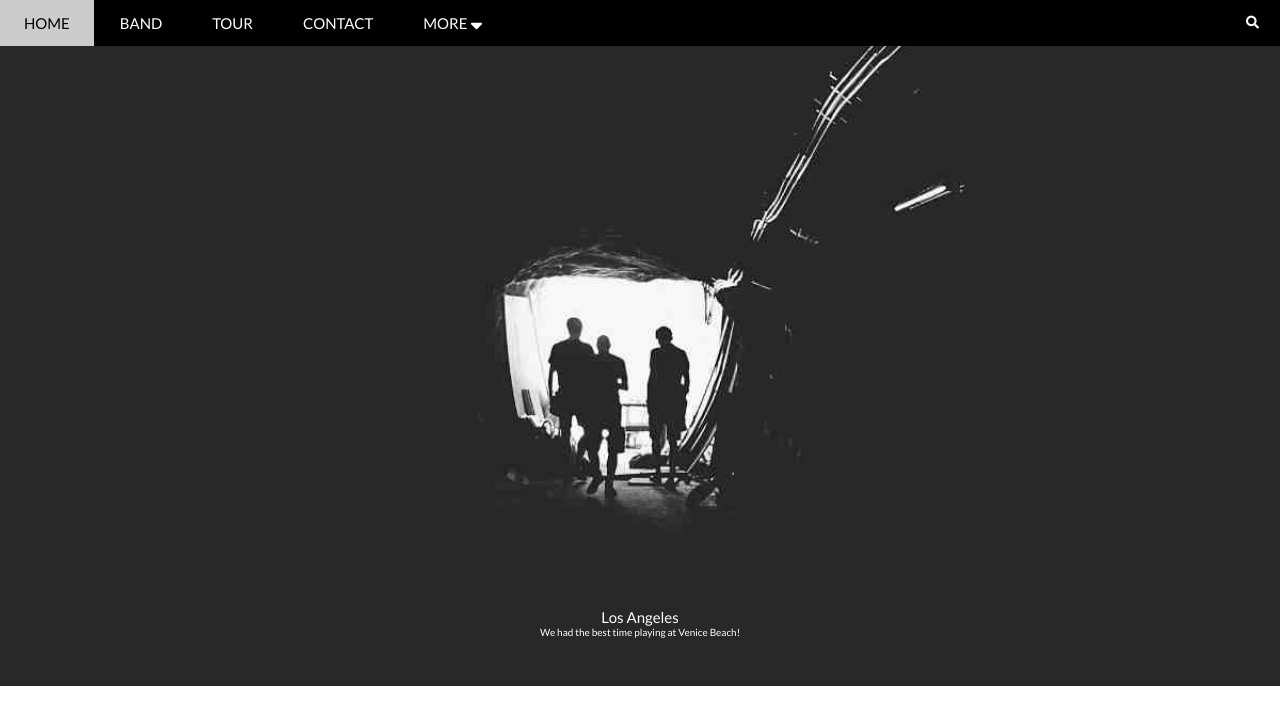
Repository: nguyenthaicong265/w3-band
Page: index.html
The author's editor kept a copy of each file at every save. The page is drawn from the files as they stood at one save, then again after the next save.
The browser window is 1280 px wide. The pictures show the whole page.

Above is the page before, as saved 2021-12-28 16:20:56.

### index.html
<!DOCTYPE html>
<html lang="en">
<head>
    <meta charset="UTF-8">
    <meta http-equiv="X-UA-Compatible" content="IE=edge">
    <meta name="viewport" content="width=device-width, initial-scale=1.0">
    <title>Document</title>
    <link rel="stylesheet" href="./assets/css/styles.css">
    <link rel="stylesheet" href="https://fonts.googleapis.com/css?family=Lato">
    <link rel="stylesheet" href="./assets/font/themify-icons-font/themify-icons/themify-icons.css">
    <link rel="stylesheet" href="./assets/font/fontawesome-free-5.15.4-web/css/all.css">
</head>
<body>
    <div id="main">
        <div id="header">
            <ul id="nav">
                <li><a href="">Home</a></li>
                <li><a href="">Band</a></li>
                <li><a href="">Tour</a></li>
                <li><a href="">Contact</a></li>
                <li>
                    <a href="#">
                        More
                        <i class="fas fa-sort-down"></i>
                    </a>
                    <ul class="subnav">
                        <li><a href="#">Merchandise</a></li>
                        <li><a href="#">Extras</a></li>
                        <li><a href="#">Media</a></li>
                    </ul>
                </li>
            </ul>
            <div class="search-button">
                <i class="fas fa-search"></i>
            </div>
        </div>

        <div id="slider">
            <div class="text-content">
                <h2 class="text-head">Los Angeles
                </h2>
                <div class="text-description">We had the best time playing at Venice Beach!
                </div>
            </div>
        </div>

        <div id="content">

        </div>

        <div id="footer">

        </div>
    </div>
</body>
</html>

### assets/css/styles.css
/* Reset CSS */
* {
    padding: 0;
    margin: 0;
    box-sizing: border-box;
}

html {
    font-family: "Lato", sans-serif;
    font-size: 62.5%;
}

#main {

}

#header {
    position: fixed;
    top: 0;
    left: 0;
    right: 0;
    height: 46.5px;
    background-color: #000000;

}

#header .search-button {
    float: right;
    padding: 0 21px;
}

#header .search-button:hover {
    cursor: pointer;
    background-color: #f44336!important;
}

#header .fa-search {
    color: #ffffff;
    font-size: 13px;
    line-height: 46px;
}

#nav, .subnav {
    display: inline-block;
    list-style-type: none;
}

#nav > li {
    display: inline-block;
}

#nav li {
    position: relative;
}

#nav > li > a {
    color: #ffffff;
    text-transform: uppercase;
}

#nav li a {
    text-decoration: none;
    line-height: 46.5px;
    padding: 0px 24px;
    font-size: 1.5rem;
    display: block;
}

#nav .fa-sort-down {
    font-size: 20px;
}

#nav li:hover .subnav {
    display: block;

}

#nav > li:hover > a,
#nav .subnav li:hover a {
    color: #000 !important;
    background-color: #ccc !important;
}

#nav .subnav {
    display: none;
    position: absolute;
    min-width: 160px;
    top: 46.5px;
    background-color: #ffffff;
    box-shadow: 0 0 10px rgba(0, 0, 0, 0.3);
}

#nav .subnav a {
    color: #000;
    padding: 0 12px;
    line-height: 38px;
}

#slider {
    position: relative;
    margin-top: 46px;
    padding-top: 50%;
    background: url(/assets/img/slider/slider1.jpg) top center / cover no-repeat;
}

#slider .text-content {
    position: absolute;
    color:#ffffff;
    bottom: 48px;
    width: 100%;
    text-align: center;
}

#slider .text-head {
    font-weight: 100;
}
#slider .text-description {

}

#content {

}

#footer {

}

Loaded but not shown: assets/font/themify-icons-font/themify-icons/themify-icons.css (common file); assets/font/fontawesome-free-5.15.4-web/css/all.css (library)

After the next save:
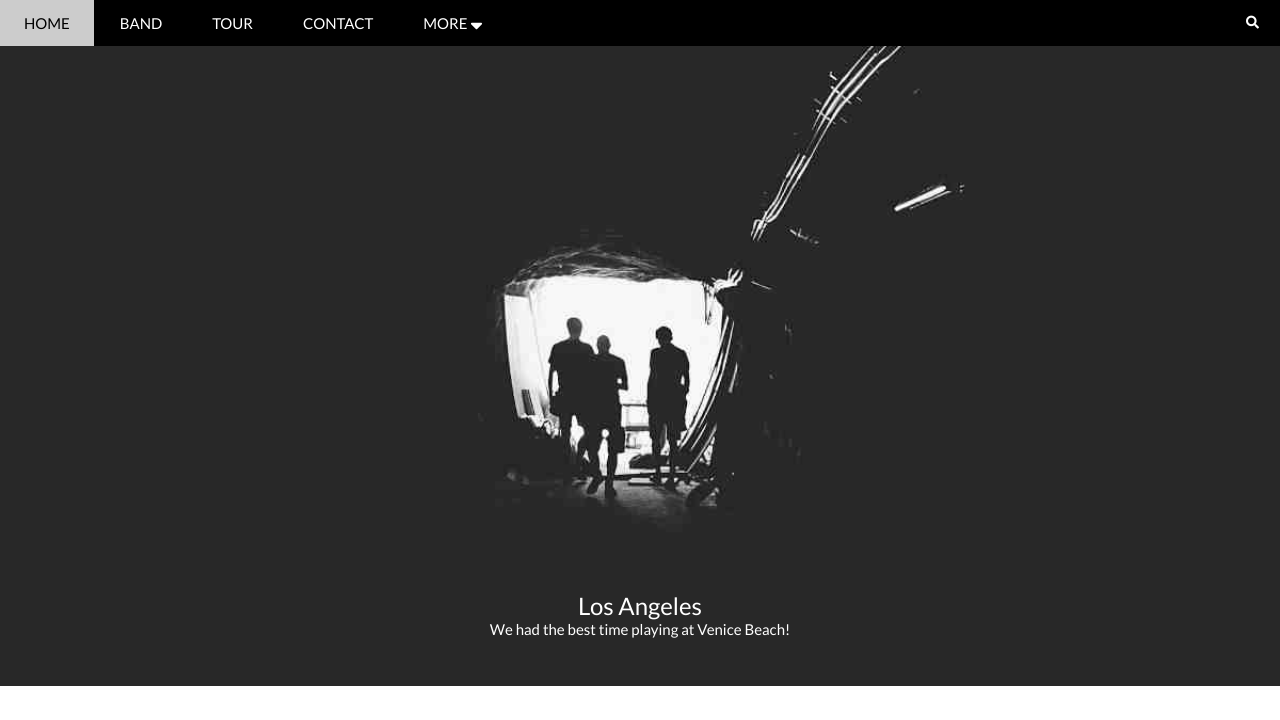
Saved 95 s later.
--- a/assets/css/styles.css
+++ b/assets/css/styles.css
@@ -113,9 +113,10 @@ html {
 
 #slider .text-head {
     font-weight: 100;
+    font-size: 24px;
 }
 #slider .text-description {
-
+    font-size: 15px;
 }
 
 #content {
